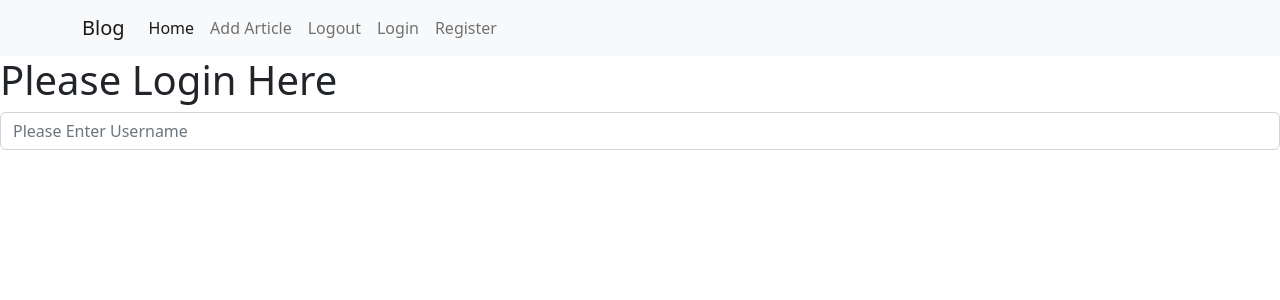
Repository: baothi/fontend
Page: /
These files come from the project's save history. The page is drawn as it stood at one moment and after the next save; the edit follows.
The browser window is 1280 px wide. The pictures show the whole page.
The page's requests for data from a server got no answer. The project was rebuilt for these pictures with package versions that can differ from the ones it lists, and the page was loaded fresh each time. No one was signed in, and anything a server would have sent is missing. Also part of the build but not shown: src/App.css, src/components/ArticleList.js, src/components/ArticleDetails.js.

Above is the page before, as saved 2022-10-14 10:28:32.

### src/index.js
import React from 'react';
import ReactDOM from 'react-dom/client';
import './index.css';
import App from './App';
import reportWebVitals from './reportWebVitals';
import 'bootstrap/dist/css/bootstrap.min.css';
import {BrowserRouter} from "react-router-dom";

const root = ReactDOM.createRoot(document.getElementById('root'));
root.render(
  <React.StrictMode>
    <BrowserRouter>
      <App />
    </BrowserRouter>
  </React.StrictMode>
);

// If you want to start measuring performance in your app, pass a function
// to log results (for example: reportWebVitals(console.log))
// or send to an analytics endpoint. Learn more: https://bit.ly/CRA-vitals
reportWebVitals();

### src/App.js
import logo from './logo.svg';
import './App.css';
import {useState, useEffect} from 'react';
import ArticleList from './components/ArticleList';
import Navbar from './components/Navbar';
import {
  Routes,
  Route,
} from "react-router-dom";
import Login from './components/Login';
import ArticleDetails from './components/ArticleDetails';


function App() {
  const [articles, setArticles] = useState([])
  const [editArticle, setEditedArticle] = useState('')

  useEffect(() => {
    fetch(`https://qatestapi.site/articles/`, {
      method:'GET',
      headers: {
        'Content-Type':'application/json',
        'Authorization':`Token e560b64c180a3433933f9a902976312b310ae846`
      }
    })
    .then(resp => resp.json())
    .then(result => {
      setArticles(result)
      // console.log(result)
    })
    .catch(error => {
      console.log(error)
    })

  },[])
  return (
    <div>

      <Navbar />
      <Routes>
        <Route path='/' element={<Login/>}></Route>
        <Route path='/articles'
        element={<ArticleList articles={articles}/>}>
        </Route>
        <Route path="/articles/:slug" element={<ArticleDetails/>}></Route>
      </Routes>

    </div>
  );
}

export default App;

### src/components/Navbar.js

import React from 'react'

function Navbar() {
  return (
    <nav className="navbar navbar-expand-lg navbar-light bg-light">
  <div className="container">
    <a className="navbar-brand" href="#">Blog</a>
    <button className="navbar-toggler" type="button" data-bs-toggle="collapse" data-bs-target="#navbarNav" aria-controls="navbarNav" aria-expanded="false" aria-label="Toggle navigation">
      <span className="navbar-toggler-icon"></span>
    </button>
    <div className="collapse navbar-collapse" id="navbarNav">
      <ul className="navbar-nav">
        <li className="nav-item">
          <a className="nav-link active" aria-current="page" href="#">Home</a>
        </li>
        <li className="nav-item">
          <a className="nav-link" href="#">Add Article</a>
        </li>
        <li className="nav-item">
          <a className="nav-link" href="#">Logout</a>
        </li>
        <li className="nav-item">
          <a className="nav-link" href="#" tabindex="-1" aria-disabled="true">Login</a>
        </li>
         <li className="nav-item">
          <a className="nav-link" href="#" tabindex="-1" aria-disabled="true">Register</a>
        </li>
      </ul>
    </div>
  </div>
</nav>
  )
}

export default Navbar

### src/components/Login.js


import React, {useState} from 'react'

function Login() {
    const [username, setUsername] = useState('')
    const [password, setPassword] = useState('')

    return (
        <div>
            <h1>Please Login Here</h1>
            <div className="mb-3">
                <input type="text" className="form-control" name="username" placeholder="Please Enter Username" />
            </div>
        </div>
    )
}

export default Login

Loaded but not shown: public/index.html (common file); src/index.css (common file); src/reportWebVitals.js (common file)

After the next save:
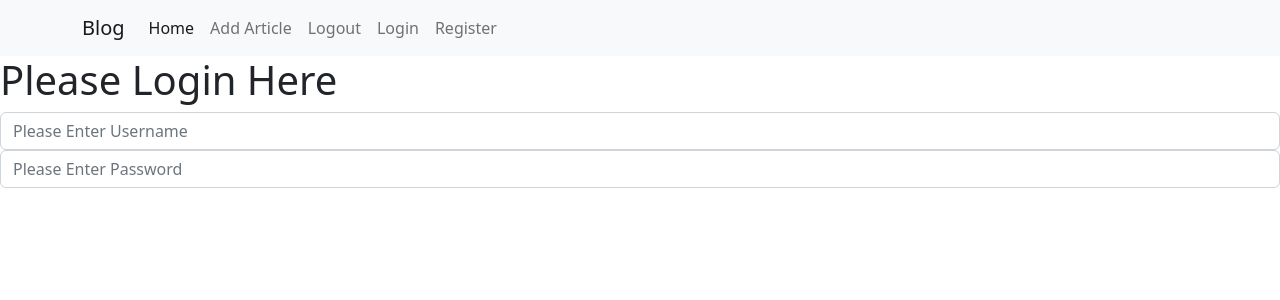
Saved 28 s later.
--- a/src/components/Login.js
+++ b/src/components/Login.js
@@ -11,6 +11,7 @@ function Login() {
             <h1>Please Login Here</h1>
             <div className="mb-3">
                 <input type="text" className="form-control" name="username" placeholder="Please Enter Username" />
+                <input type="text" className="form-control" name="password" placeholder="Please Enter Password" />
             </div>
         </div>
     )
